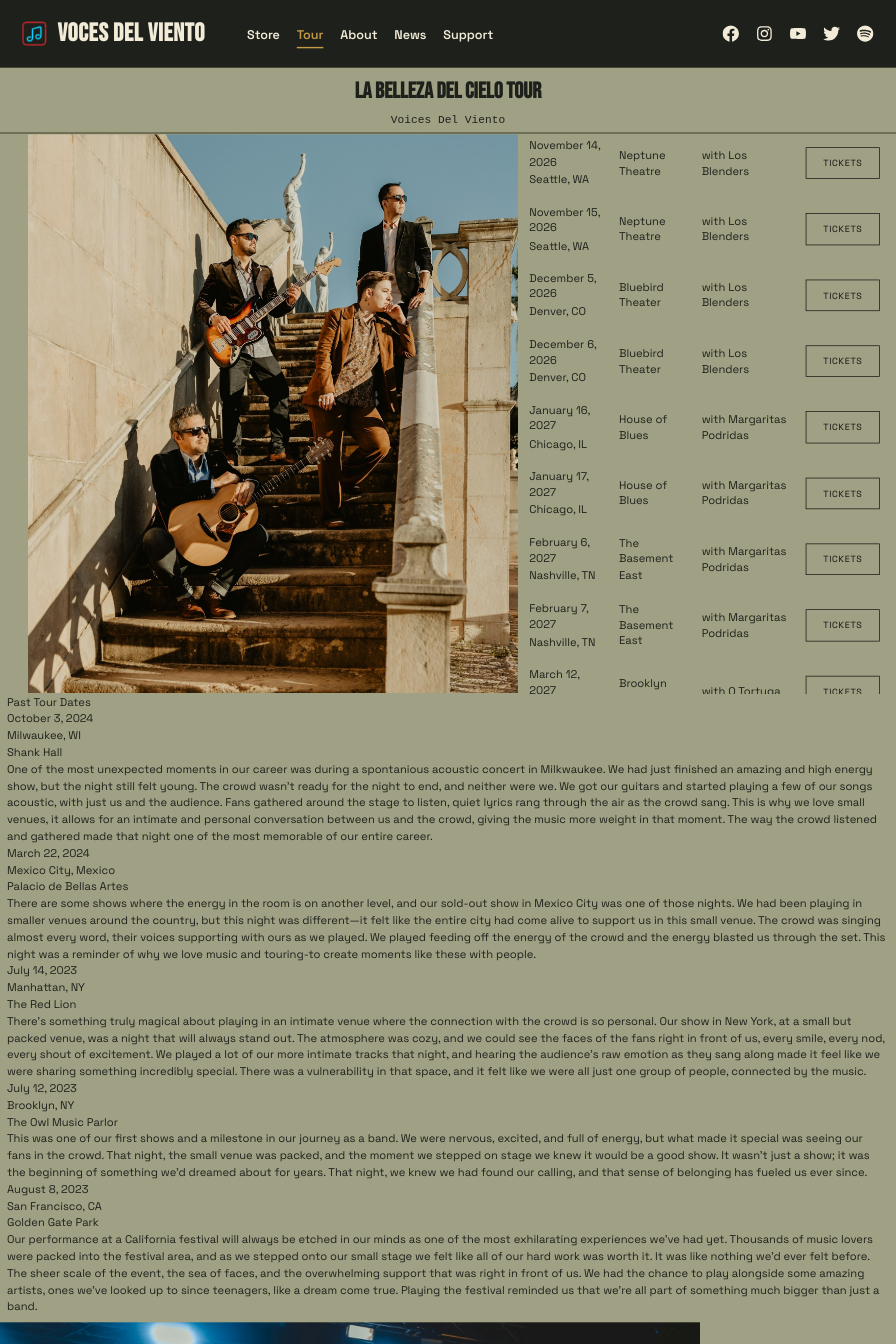
Repository: lime929/voices-del-viento
Page: /tour
An editor plug-in stored every save of this project. The page is shown before and after the next save, followed by the edit.
The browser window is 1280 px wide. The pictures show the part of the page from y = 0 to 1920 px (the page is 9957 px tall), at 70% of full size.
An inner scrolling area shows only its first screen. The project was rebuilt for these pictures with package versions that can differ from the ones it lists, and the page was loaded fresh each time. The framework's server and built-in components were replaced by stand-ins that run in the browser. Also part of the build but not shown: next.config.mjs.

Above is the page before, as saved 2026-09-14 15:23:20.

### app/layout.jsx
import '../app/globals.css';
import Footer from '../app/components/Footer';
import NavBar from '../app/components/NavBar';


export const metadata = {
  title: "Voces del Viento",
  description:
    "Voces del Viento is a Mexican indie rock band from Michoacán, blending classic Latin rock influences with modern sounds inspired by Caifanes, Juanes, and Los Enanitos Verdes. Discover their heartfelt music, cultural roots, and energetic live performances.",
  keywords: [
    "Voces del Viento",
    "Mexican indie rock",
    "Michoacán, Mexico",
    "Latin rock",
    "Alternative music",
    "band from Mexico",
    "indie music",
  ],
};

export default function MainLayout({ children }) {
  return (
    <html lang="en">
      <body>
        <NavBar />
        {children}
        <Footer />
      </body>
    </html>
  );
}

### app/tour/page.jsx
import styles from "./page.module.css";
import TourCurrent from "../components/TourCurrent";
import TourPast from "../components/TourPast";
import tours from "./tours.json";
import Image from "next/image";
import tourImage from "../../public/images/tour/tourImage.jpg";
import TourGallery from "../components/TourGallery";

export const metadata = {
  title: "Voces del Viento | Tour",
  description: "Live performances and tour dates for Voces del Viento. Check out our upcoming concerts and events.",
  keywords: [
    "Voces del Viento",
    "Concert announcements",
    "Live performances",
    "Tour dates",
    "Music events",
    "Band tour",
    "Live music",
    "Concert schedule",
    "Tour updates",
    "Music tour"
  ]
};

export default function TourPage() {
  const upcomingTours = tours.filter((tour) => tour.status === "upcoming");
  const pastTours = tours.filter((tour) => tour.status === "past");

  return (
    <>
      <div className={styles.tourContainer}>
      <div className={styles.tourHeader}>
        <h2 className={styles.tourTitle}>La Belleza del Cielo Tour</h2>
        <h4 className={styles.bandName}>Voices Del Viento</h4>
      </div>
       <div className={styles.currentColumns}>
  <div className={styles.currentTourImageWrap}>
          <Image
            src={tourImage}
            alt="Band's Tour image"
            width={700}
            height={800}
            sizes="100vw"
            className={styles.tourImage}
          />
        </div>
          <div className={styles.currentTourList}>
            {upcomingTours.map((tour) => (
            <TourCurrent key={tour.id} tour={tour} />
          ))}
          </div>
        </div>

        <div className={styles.pastTourList}>
          <h3 className={styles.pastTourTitle}>Past Tour Dates</h3>
          {pastTours.map((tour) => (
            <TourPast key={tour.id} tour={tour} />
          ))}
        </div>
      </div>
      <TourGallery />
    </>
  );
}

### app/globals.css
/* @import url("https://fonts.googleapis.com/css2?family=Bebas+Neue&family=DM+Sans:opsz,wght@9..40,400;9..40,500;9..40,600;9..40,700&family=Space+Mono:wght@400;700&display=swap");
@import url('https://fonts.googleapis.com/css2?family=Space+Grotesk:wght@300..700&display=swap'); */

@import url('https://fonts.googleapis.com/css2?family=Archivo+Black&family=Bebas+Neue&family=DM+Sans:ital,opsz,wght@0,9..40,100..1000;1,9..40,100..1000&family=Oswald:wght@200..700&family=Roboto+Mono:ital,wght@0,100..700;1,100..700&family=Space+Grotesk:wght@300..700&display=swap');
@import "tailwindcss";

@theme {
      /* Large headings and album titles */
  --font-display: "Bebas Neue", sans-serif;
    /* Paragraphs, navigation, and buttons */
  --font-body: "Space Grotesk", sans-serif;
    /* Dates, labels, and small details */
  --font-mono: "Space Mono", monospace;

    /* Main page background */
  --color-band-bg: #A0A084;
    /* Main text, dark sections & footer */
  --color-band-ink: #1E211B;
    /* Text on dark/red backgrounds */
  --color-band-cream: #F2EBD8;
    /* Borders and secondary accents */
  --color-band-olive: #5a5a44;
    /* Small highlights and labels */
  --color-band-gold: #C49A46;
}

body {
  font-family: var(--font-body);
  background-color: var(--color-band-bg);
  color: var(--color-band-ink);
  margin: 0;
  padding: 0;
}

### app/components/Footer.jsx
export default function Footer() {
  return (
    <footer className="border-t border-band-olive bg-band-ink py-8 px-4 sm:px-6">
      <div className="mx-auto max-w-6xl">
        <div className="flex flex-col items-center justify-between gap-8 text-sm md:flex-row">
          {/* Copyright */}
          <div className="order-2 text-center md:order-1 md:text-left">
            <p className="font-semibold text-band-cream">
              © {new Date().getFullYear()}{' '}
              <span className="font-black text-band-cream">Voices Del Viento</span>
            </p>
            <p className="mt-1 font-mono text-xs tracking-wider text-band-gold">
              Made with Next.js & Tailwind by Liliana Mendez
            </p>
          </div>

          {/* Right links */}
          <nav className="order-1 flex items-center gap-6 md:order-2">
            <a
              href="/store"
              className="border-b-2 border-transparent pb-1 text-sm font-semibold text-band-cream transition-all duration-200 hover:border-band-gold hover:text-band-gold"
            >
              Store
            </a>
            <a
              href="/tour"
              className="border-b-2 border-transparent pb-1 text-sm font-semibold text-band-cream transition-all duration-200 hover:border-band-gold hover:text-band-gold"
            >
              Tour
            </a>
            <a
              href="/about"
              className="border-b-2 border-transparent pb-1 text-sm font-semibold text-band-cream transition-all duration-200 hover:border-band-gold hover:text-band-gold"
            >
              About
            </a>
            <a
              href="/news"
              className="border-b-2 border-transparent pb-1 text-sm font-semibold text-band-cream transition-all duration-200 hover:border-band-gold hover:text-band-gold"
            >
              News
            </a>
            <a
              href="/support"
              className="border-b-2 border-transparent pb-1 text-sm font-semibold text-band-cream transition-all duration-200 hover:border-band-gold hover:text-band-gold"
            >
              Support
            </a>
          </nav>
        </div>
      </div>
    </footer>
  );
}

### app/components/NavBar.jsx
'use client';
import { useState } from "react";
import Link from "next/link";
import Image from "next/image";
import { usePathname } from "next/navigation";
import { FaBars, FaTimes, FaFacebook, FaInstagram, FaYoutube, FaTwitter,FaSpotify } from "react-icons/fa";
import logoIcon from '../../app/icon.png';

export default function NavBar() {
  const [isMobileMenuOpen, setIsMobileMenuOpen] = useState(false);
  const pathname = usePathname();

  return (
    <>
      <nav className="bg-band-ink border-b border-band-olive sticky top-0 z-50">
        <div className="px-4 lg:px-6">
          <div className="relative flex h-24 items-center justify-between">

            {/* Mobile menu button: always positioned absolute left and hidden on md+ screens */}
            <div className="absolute inset-y-0 left-0 flex items-center md:hidden">
              <button
                onClick={() => setIsMobileMenuOpen(!isMobileMenuOpen)}
                className="inline-flex items-center justify-center p-2 rounded-md text-band-cream hover:text-band-gold hover:bg-band-olive/20 focus:outline-none focus:ring-2 focus:ring-band-gold"
                aria-controls="mobile-menu"
                aria-expanded={isMobileMenuOpen}
              >
                <span className="sr-only">Open main menu</span>
                {isMobileMenuOpen ? (
                  <FaTimes className="block h-6 w-6" />
                ) : (
                  <FaBars className="block h-6 w-6" />
                )}
              </button>
            </div>

            <div className="flex flex-1 items-center justify-center md:justify-start">
              <Link href="/" className="flex flex-shrink-0 items-center gap-2 hover:opacity-90 transition">
                <Image
                  src={logoIcon}
                  alt="Voices Del Viento Logo"
                  width={50}
                  height={50}
                  priority
                />

                <span className="hidden font-display text-4xl font-bold uppercase tracking-wide text-band-cream transition-colors hover:text-band-gold md:block md:mr-9">
                Voces Del Viento
                </span>
              </Link>


              <div className="hidden md:ml-6 md:block md:pt-2">
                <div className="flex space-x-4 lg:space-x-6">
                  <Link
                    href="/store"
                    className={`${
                      pathname === "/store" ? "border-b-2 border-band-gold text-band-gold" : "border-b-2 border-transparent text-band-cream hover:text-band-gold hover:border-band-gold"
                    } text-lg font-semibold pb-1 transition-all`}
                  >
                    Store
                  </Link>
                  <Link
                    href="/tour"
                    className={`${
                      pathname === "/tour" ? "border-b-2 border-band-gold text-band-gold" : "border-b-2 border-transparent text-band-cream hover:text-band-gold hover:border-band-gold"
                    } text-lg font-semibold pb-1 transition-all`}
                  >
                    Tour
                  </Link>
                  <Link
                    href="/about"
                    className={`${
                      pathname === "/about" ? "border-b-2 border-band-gold text-band-gold" : "border-b-2 border-transparent text-band-cream hover:text-band-gold hover:border-band-gold"
                    } text-lg font-semibold pb-1 transition-all`}
                  >
                    About
                  </Link>
                  <Link
                    href="/news"
                    className={`${
                      pathname === "/news" ? "border-b-2 border-band-gold text-band-gold" : "border-b-2 border-transparent text-band-cream hover:text-band-gold hover:border-band-gold"
                    } text-lg font-semibold pb-1 transition-all`}
                  >
                    News
                  </Link>
                  <Link
                    href="/support"
                    className={`${
                      pathname === "/support" ? "border-b-2 border-band-gold text-band-gold" : "border-b-2 border-transparent text-band-cream hover:text-band-gold hover:border-band-gold"
                    } text-lg font-semibold pb-1 transition-all`}
                  >
                    Support
                  </Link>
                </div>
              </div>
            </div>

            <div className="absolute inset-y-0 right-0 flex items-center pr-2 md:static md:ml-6 md:pr-0">
              <div className="flex items-center gap-2 text-band-cream">
             <button className="relative p-2 rounded-full transition-transform duration-250 ease-in-out hover:scale-110 hover:text-band-gold">
                    <FaFacebook className="h-6 w-6" />
                </button>
             <button className="relative p-2 rounded-full transition-transform duration-250 ease-in-out hover:scale-110 hover:text-band-gold">
                    <FaInstagram className="h-6 w-6" />
                </button>
             <button className="relative p-2 rounded-full transition-transform duration-250 ease-in-out hover:scale-110 hover:text-band-gold">
                    <FaYoutube className="h-6 w-6" />
                </button>
             <button className="relative p-2 rounded-full transition-transform duration-250 ease-in-out hover:scale-110 hover:text-band-gold">
                    <FaTwitter className="h-6 w-6" />
                </button>
            <button className="relative p-2 rounded-full transition-transform duration-250 ease-in-out hover:scale-110 hover:text-band-gold">
                    <FaSpotify className="h-6 w-6" />
                </button>
              </div>
            </div>
          </div>
        </div>

        {/* Mobile menu */}
        {isMobileMenuOpen && (
          <div className="md:hidden bg-band-ink/95 backdrop-blur-md border-t border-band-olive px-4 pb-4 pt-2 space-y-1">
            <Link
              href="/store"
              className={`${
                pathname === "/store" ? "bg-band-olive/20 text-band-cream" : "border-b-2 border-transparent text-band-cream hover:bg-band-olive/20 hover:text-band-gold"
              } block rounded-md px-3 py-3 text-base font-semibold transition-colors`}
              onClick={() => setIsMobileMenuOpen(false)}
            >
              Store
            </Link>
            <Link
              href="/tour"
              className={`${
                pathname === "/tour" ? "bg-band-olive/20 text-band-cream" : "border-b-2 border-transparent text-band-cream hover:bg-band-olive/20 hover:text-band-gold"
              } block rounded-md px-3 py-3 text-base font-semibold transition-colors`}
              onClick={() => setIsMobileMenuOpen(false)}
            >
              Tour
            </Link>
            <Link
              href="/about"
              className={`${
                pathname === "/about" ? "bg-band-olive/20 text-band-cream" : "border-b-2 border-transparent text-band-cream hover:bg-band-olive/20 hover:text-band-gold"
              } block rounded-md px-3 py-3 text-base font-semibold transition-colors`}
              onClick={() => setIsMobileMenuOpen(false)}
            >
              About
            </Link>
            <Link
              href="/news"
              className={`${
                pathname === "/news" ? "bg-band-olive/20 text-band-cream" : "border-b-2 border-transparent text-band-cream hover:bg-band-olive/20 hover:text-band-gold"
              } block rounded-md px-3 py-3 text-base font-semibold transition-colors`}
              onClick={() => setIsMobileMenuOpen(false)}
            >
              News
            </Link>
            <Link
              href="/support"
              className={`${
                pathname === "/support" ? "bg-band-olive/20 text-band-cream" : "border-b-2 border-transparent text-band-cream hover:bg-band-olive/20 hover:text-band-gold"
              } block rounded-md px-3 py-3 text-base font-semibold transition-colors`}
              onClick={() => setIsMobileMenuOpen(false)}
            >
              Support
            </Link>
          </div>
        )}
      </nav>
    </>
  );
}

### app/tour/page.module.css
/* Tour banner */
.tourContainer {
  display: flex;
  flex-direction: column;
  padding: 10px;
  background-color: var(--color-band-bg);
}
.tourHeader {
    align-items: center;
    text-align: center;
    width: 100vw;
    margin-left: calc(50% - 50vw);
    box-sizing: border-box;
}

.bandName {
  font-family: var(--font-mono);
  border-bottom: 2px solid var(--color-band-olive);
  padding-bottom: 5px;
}

.tourTitle {
  font-size: 2rem;
  font-weight: bold;
  margin-bottom: 5px;
  color: var(--color-band-ink);
  font-family: var(--font-display);
}

/* current tour */
.currentColumns {
  display: grid;
  grid-template-columns: 1fr 1fr;
  align-items: center;
  width: 100%;
}

.currentTourImageWrap {
  width: 700px;
  margin-top: 0;
  margin-left: 30px
}

.tourImage {
  width: 100%;
  height: auto;
  display: block;
}

.currentTourList {
  display: flex;
  flex-direction: column;
  gap: 0;
  max-height: 800px;
  overflow-y: auto;
  padding-right: 0.5rem;
}

.tourEntry {
  display: grid;
  grid-template-columns: 1.1fr 1fr 1.3fr auto;
  grid-template-rows: auto auto;
  align-items: center;
  gap: 1rem;
  padding: 0.4rem 0.3rem 0.1rem 1rem;
}

.tourEntry:hover {
  background-color: rgba(0, 0, 0, 0.05);
  transition: background-color 0.2s ease;
}

.tourDateLocation {
  display: flex;
  flex-direction: column;
  gap: 0.2rem;
}

.tourDateCell,
.tourLocationCell,
.tourVenueCell,
.tourGuestCell {
  font-size: 1rem;
  line-height: 1.4;
  margin: 0;
}

.tourTickets {
  justify-self: end;
  padding: 0.75rem 1.5rem;
  border: 1px solid #111;
  text-decoration: none;
  color: #111;
  text-transform: uppercase;
  letter-spacing: 0.08em;
  font-size: 0.8rem;
  transition: background-color 0.2s ease, color 0.2s ease;
}

.tourTickets:hover {
  background-color: #111;
  color: #fff;
}

/* Tour Gallery */
/* Default thumbnail styling */
.tourGalleryImage {
  width: 100%;
  height: auto;
  cursor: zoom-in;
  transition: transform 0.3s ease; /* Smooth enlargement effect */
}

/* Styling applied when the image is clicked */
.tourGalleryImage.enlarged {
  transform: scale(2); /* Doubles the size. Adjust the scale ratio as needed */
  cursor: zoom-out;
  z-index: 999;        /* Layers it above other elements */
  position: relative;  /* Ensures z-index takes effect */
}

### app/components/TourCurrent.jsx
import styles from "../tour/page.module.css";

export default function TourCurrent({ tour }) {
  return (
    <div className={styles.tourEntry}>
      <div className={styles.tourDateLocation}>
        <div className={styles.tourDateCell}>{tour.date}</div>
        <div className={styles.tourLocationCell}>{tour.location}</div>
      </div>

      <div className={styles.tourVenueCell}>{tour.venue}</div>

      {tour.specialGuest && (
        <div className={styles.tourGuestCell}>{tour.specialGuest}</div>
      )}

      {tour.tickets && (
        <a
          href={tour.tickets.href}
          className={styles.tourTickets}
          target="_blank"
        >
          {tour.tickets.label}
        </a>
      )}
    </div>
  );
}

### app/components/TourPast.jsx
import styles from "../tour/page.module.css";

export default function TourPast({ tour }) {
  return (
  <>
    <div className={styles.pastTour}>
            <p className={styles.tourDate}>{tour.date}</p>
            <p className={styles.tourLocation}>{tour.location}</p>
            <p className={styles.tourVenue}>{tour.venue}</p>
            <p className={styles.tourDescription}>{tour.description}</p>
    </div>
  </>
  );
}

### app/components/TourGallery.jsx
"use client";

import { useState } from "react";
import Image from "next/image";
import styles from "../tour/page.module.css";
import tour1 from "../../public/images/tour/tour-1.jpg";
import tour2 from "../../public/images/tour/tour-2.jpg";
import tour3 from "../../public/images/tour/tour-3.jpg";
import tour4 from "../../public/images/tour/tour-4.jpg";
import tour5 from "../../public/images/tour/tour-5.jpg";
import tour6 from "../../public/images/tour/tour-6.jpg";
import tour7 from "../../public/images/tour/tour-7.jpg";
import tour8 from "../../public/images/tour/tour-8.jpg";

const images = [tour1, tour2, tour3, tour4, tour5, tour6, tour7, tour8];

export default function TourGallery() {
  const [selectedImage, setSelectedImage] = useState(images[0]);

  return (
    <div className={styles.tourGallery}>
      <div className={styles.tourSpotlight}>
        <Image
          src={selectedImage}
          alt="Selected tour image"
          width={1000}
          height={800}
          className={styles.tourSpotlightImage}
        />
      </div>

      <div className={styles.tourGalleryGrid}>
        {images.map((image, index) => (
          <button
            key={index}
            type="button"
            className={styles.tourGalleryThumbButton}
            onClick={() => setSelectedImage(image)}
            aria-label={`View tour image ${index + 1}`}
          >
            <Image
              src={image}
              alt={`Tour Image ${index + 1}`}
              width={300}
              height={240}
              className={styles.tourGalleryImage}
            />
          </button>
        ))}
      </div>
    </div>
  );
}

Loaded but not shown: app/tour/tours.json (247 lines, source omitted)

After the next save:
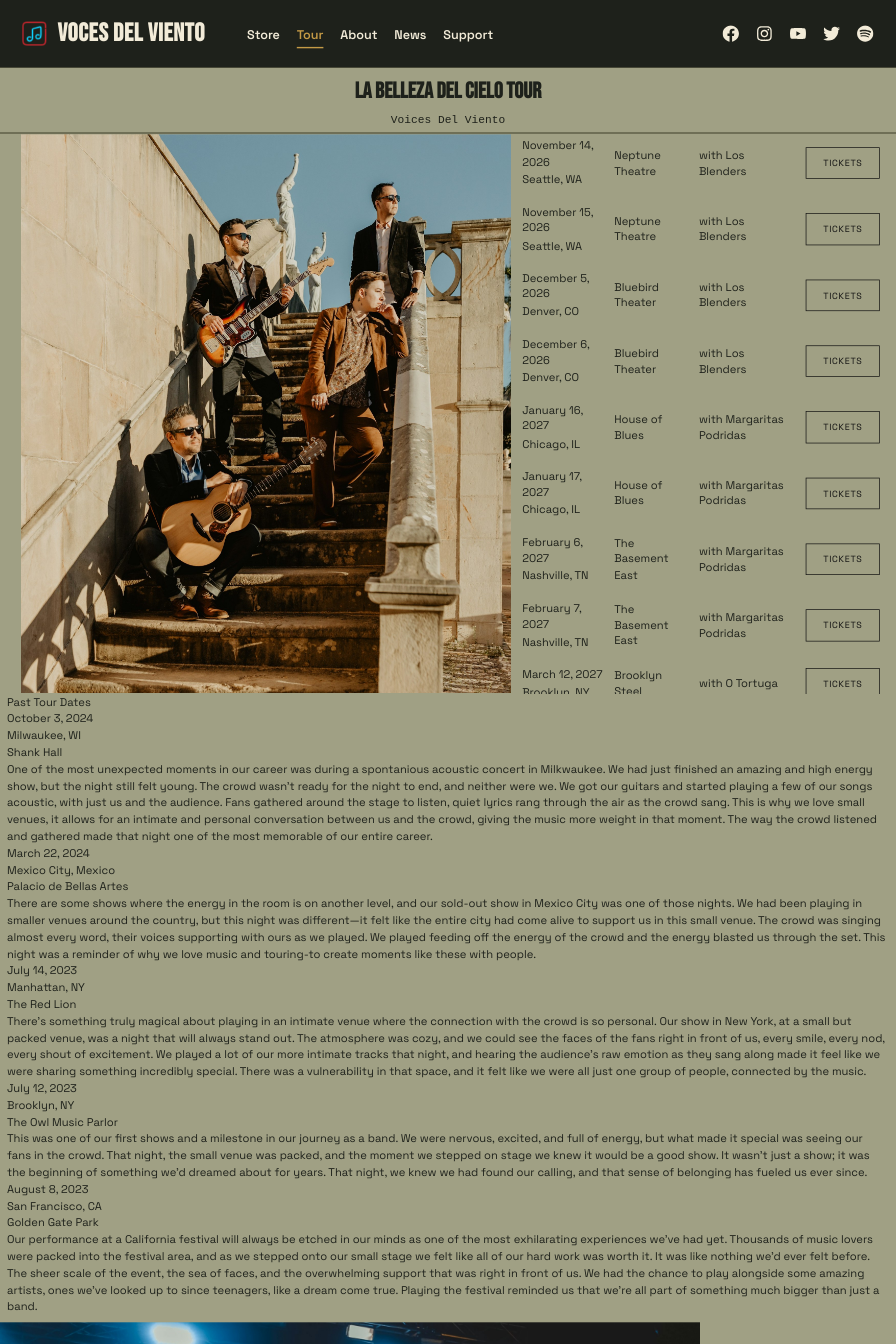
Saved 42 s later.
--- a/app/tour/page.module.css
+++ b/app/tour/page.module.css
@@ -38,7 +38,7 @@
 .currentTourImageWrap {
   width: 700px;
   margin-top: 0;
-  margin-left: 30px
+  margin-left: 20px
 }
 
 .tourImage {
